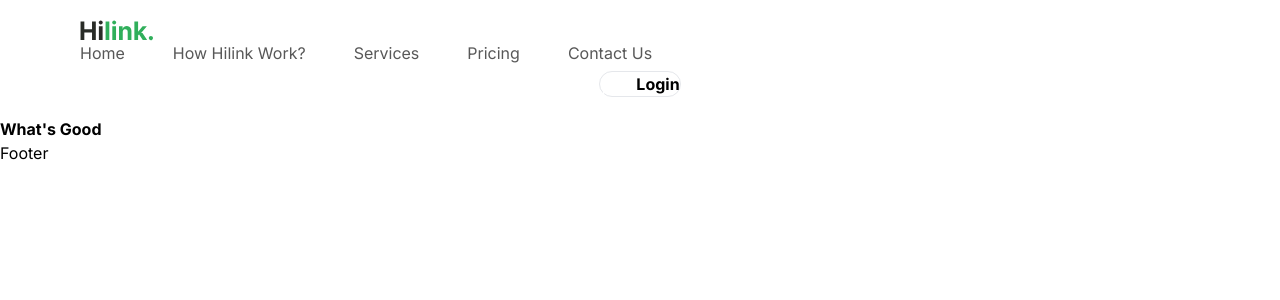
Repository: SouthpawC0der/Modern-reactsite
Page: /
An editor plug-in stored every save of this project. The page is shown before and after the next save, followed by the edit.
The browser window is 1280 px wide. The pictures show the whole page.
The project was rebuilt for these pictures with package versions that can differ from the ones it lists, and the page was loaded fresh each time. The framework's server and built-in components were replaced by stand-ins that run in the browser. Also part of the build but not shown: next.config.ts.

Above is the page before, as saved 2025-01-30 10:46:26.

After the next save:
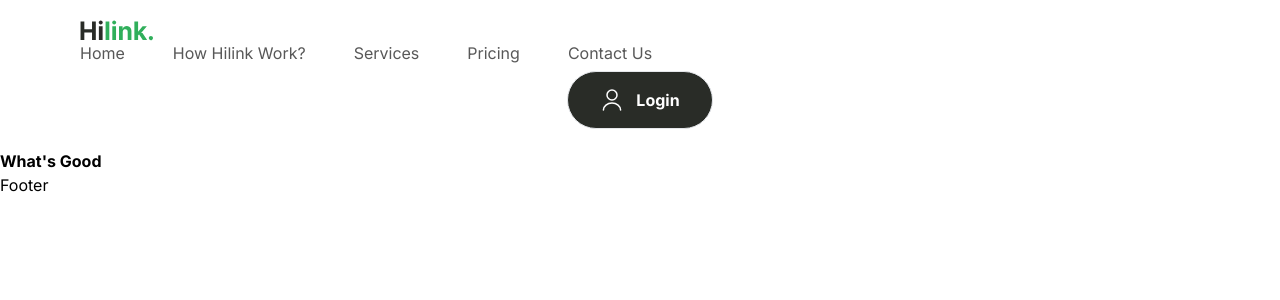
Saved 98 s later.
--- a/components/Button.tsx
+++ b/components/Button.tsx
@@ -11,7 +11,7 @@ type ButtonProps = {
 const Button = ( {type, title, icon, variant }: ButtonProps) => {
   return (
     <button
-    className={'flexCenter gap-3 rounded-full border ${variant}'}
+    className={`flexCenter gap-3 rounded-full border ${variant}`}
     type={type}
 
     >
